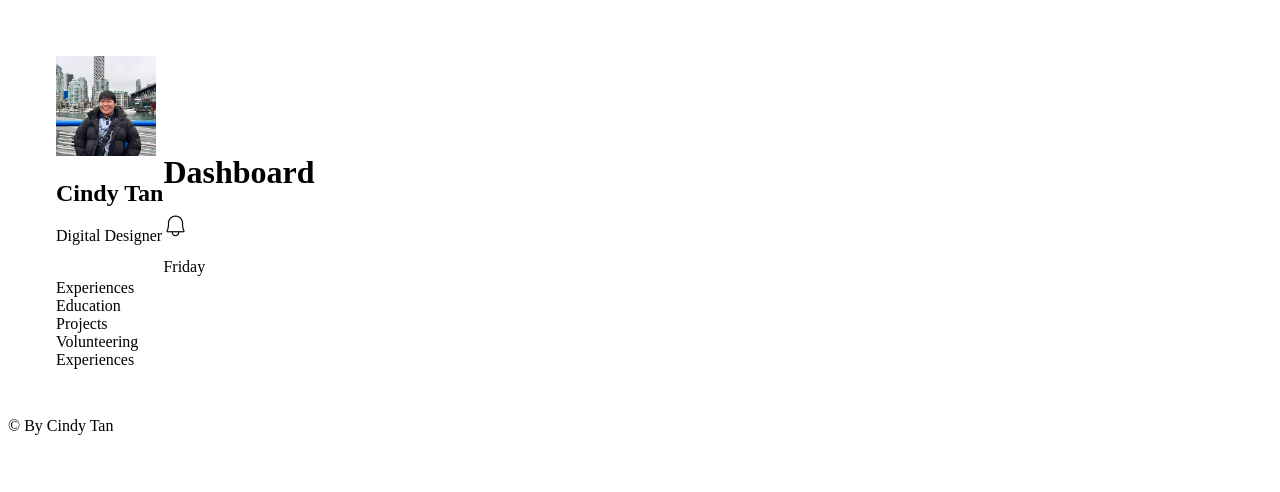
Repository: Cindy-tan/Assessment-_1
Page: /
The author's editor kept a copy of each file at every save. The page is drawn from the files as they stood at one save, then again after a run of saves.
The browser window is 1280 px wide. The pictures show the whole page.
The project was rebuilt for these pictures with package versions that can differ from the ones it lists, and the page was loaded fresh each time. The framework's server and built-in components were replaced by stand-ins that run in the browser. Also part of the build but not shown: next.config.js, components/Header/Header.module.css, components/Card/Card.module.css, components/Card/index.js, components/Footer/Footer.module.css, components/MenuItem/MenuItem.module.css, components/SideNavigation/SideNavigation.module.css.

Above is the page before, as saved 2024-01-18 23:26:01.

### pages/index.js
import Head from 'next/head'
import styles from '@/styles/Home.module.css'
import Header from '@/components/Header'
import Card from '@/components/Card'
import Footer from '@/components/Footer'
import MenuItem from '@/components/MenuItem'
import SideNavigation from '@/components/SideNavigation'



export default function Home() {

  return (
    <>
      <Head>
        <title>Assessment 1</title>
        <meta name="description" content="Generated by create next app" />
        <meta name="viewport" content="width=device-width, initial-scale=1" />
        <link rel="icon" href="/favicon.ico" />
      </Head>

      <main className={`${styles.main}`}>

        <SideNavigation/>


        <Header/>










      </main>
      <Footer/>
    </>
  )
}

### styles/globals.css
:root {
  --black: #000;
  --white: #fff;
  --blue: rgba(12, 72, 156, 1.0);

  --large-font: 20px;
  --medium-font: 17px;
  --small-font: 14px;

  --violet-red: rgb(219, 112, 147);
  --amaranth: rgb(159, 43, 104);
  --cerise: rgb(222, 49, 99);
  --steel-blue: rgb(40, 189, 218);
  --teal: rgb(20, 151, 176);
  --yellow: rgb(12, 97, 119);
}

### styles/Home.module.css
.main {
  display: flex;
  flex-direction: row;
  align-items: center;
  padding: 3rem;
  min-height: 20vh;
}

### components/Header/index.js
import styles from "./Header.module.css"
import Image from "next/image"

export default function Header() {
    return (
        <>
            <header>
                <h1>Dashboard</h1>
                <Image src="/images/bell.png" alt="bell" width={25} height={25}/>
                <p>Friday</p>
            </header>
        </>
    )
}

### components/Footer/index.js
import styles from "./Footer.module.css"

export default function Footer() {
    return(
        <>
            <footer className={styles.footer}>
               © By Cindy Tan
            </footer>
        </>
    )
}

### components/MenuItem/index.js
import styles from "./MenuItem.module.css"

export default function MenuItem({
    title = "",
    bgColor,
    textColor,
    tabLeft
})

{
    return (
        <>
            <div className={styles.menuItem} style={{backgroundColor: bgColor, color:textColor}}>
                {title}
            </div>
        </>
    )
}

### components/SideNavigation/index.js
import MenuItem from "../MenuItem"
import styles from "./SideNavigation.module.css"
import Image from "next/image"

export default function SideNavigation() {
    return (
        <>
            <div>
                <Image src="/images/profile.JPG" alt="profile" width={100} height={100}/>
                <h2>Cindy Tan</h2>
                <p>Digital Designer</p>
                <br/>
                <MenuItem title="Experiences"/>
                <MenuItem title="Education"/>
                <MenuItem title="Projects"/>
                <MenuItem title="Volunteering"/>
                <MenuItem title="Experiences"/>

            </div>
        </>
    )
}

Loaded but not shown: pages/_app.js (common file); pages/_document.js (common file); components/Footer/Footer.module.css (no copy from this time; the picture is the same without it); components/MenuItem/MenuItem.module.css (no copy from this time; the picture is the same without it)

After the next 3 saves:
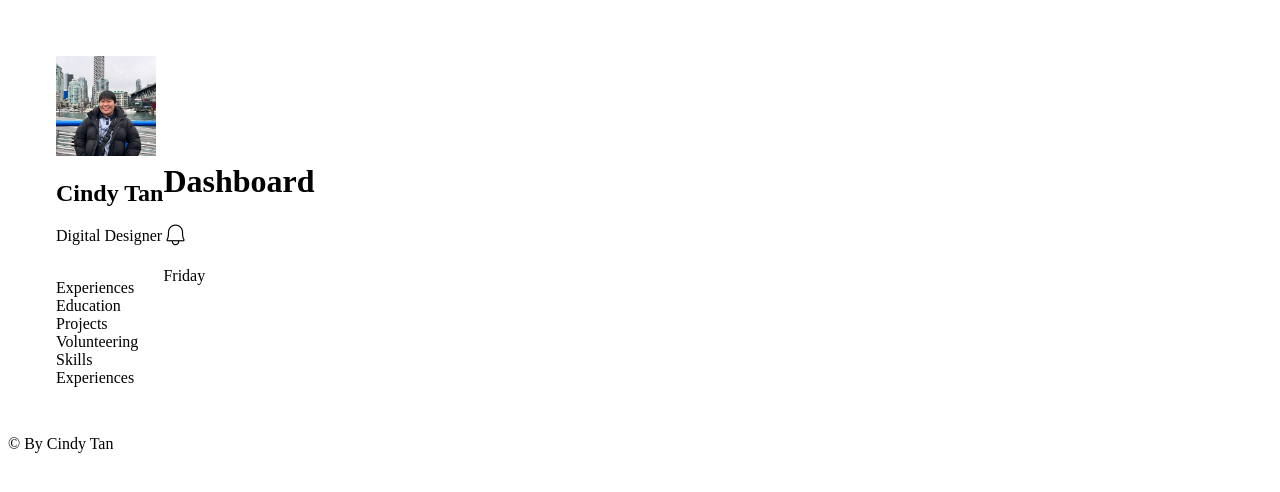
The 3 saves are shown as one change because they came seconds apart.
The last was saved 9 s later.
--- a/components/SideNavigation/index.js
+++ b/components/SideNavigation/index.js
@@ -14,6 +14,7 @@ export default function SideNavigation() {
                 <MenuItem title="Education"/>
                 <MenuItem title="Projects"/>
                 <MenuItem title="Volunteering"/>
+                <MenuItem title="Skills"/>
                 <MenuItem title="Experiences"/>
 
             </div>
